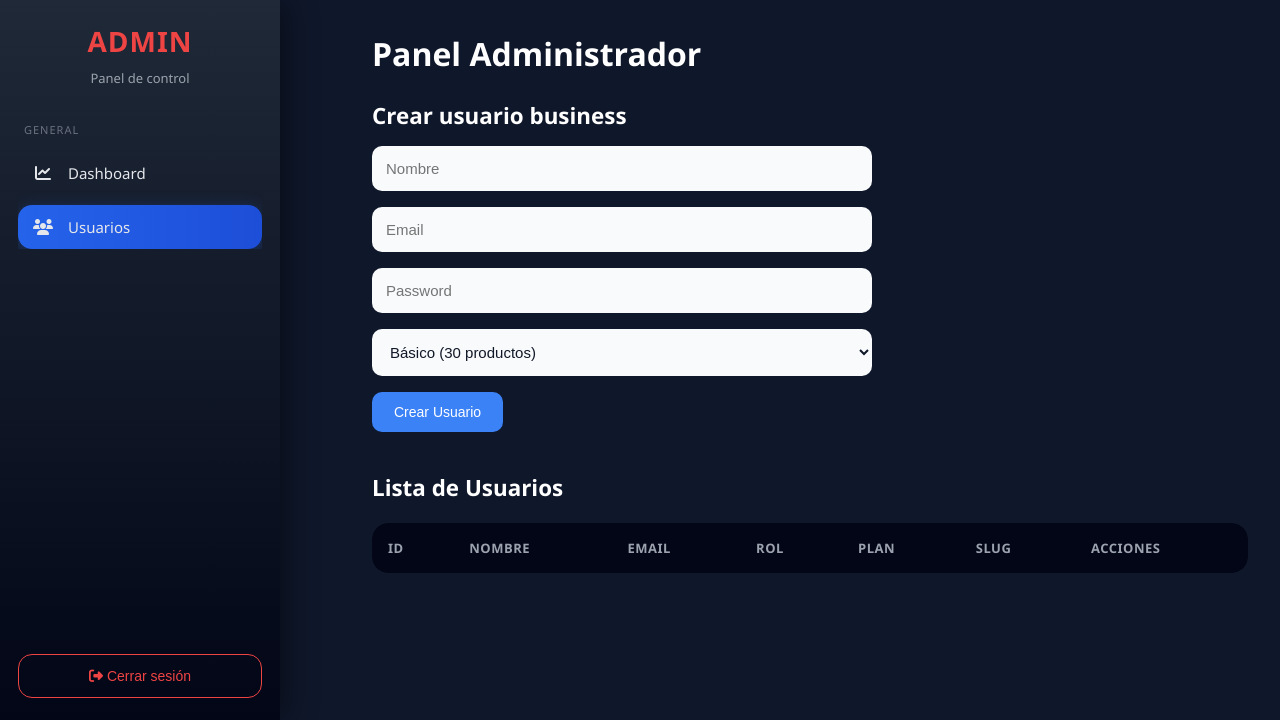
Repository: BrianCarringtom/menuqr
Page: http://localhost/admin/users
The author's editor kept a copy of each file at every save. The page is drawn from the files as they stood at one save, then again after the next save.
The browser window is 1280 px wide. The pictures show the whole page.
The page is served by the project's Laravel application, run on PHP 8.4 with Laravel 12. A made-up administrator, Test User (test@example.com), is signed in. Other server files are loaded and not shown. Queries for data that is not in the repository find no rows.

Above is the page before, as saved 2026-06-02 22:41:56.

### routes/web.php
<?php

use Illuminate\Support\Facades\Route;
use Illuminate\Support\Facades\Auth;
use SimpleSoftwareIO\QrCode\Facades\QrCode;
use Illuminate\Support\Facades\Storage;
use App\Models\User;
use Illuminate\Http\Request;
use Illuminate\Support\Str;
use App\Models\Category;
use App\Models\Product;

// Página pública
Route::get('/', function () {
    return view('welcome');
});

// 🔥 REDIRECCIÓN INTELIGENTE (CLAVE)
Route::get('/dashboard', function () {

    if (!Auth::check()) {
        return redirect('/login');
    }

    if (Auth::user()->role === 'admin') {
        return redirect('/admin');
    }

    return redirect('/business');
})->middleware('auth');


// PANEL ADMIN
// Dashboard
Route::get('/admin', function () {

    if (Auth::user()->role !== 'admin') {
        abort(403);
    }

    return view('admin.dashboard');
})->middleware('auth');


// Usuarios
Route::get('/admin/users', function () {

    if (Auth::user()->role !== 'admin') {
        abort(403);
    }

    $users = User::all();

    return view('admin.users', compact('users'));
})->middleware('auth');

// CREAR USUARIOS (solo admin)
Route::post('/admin/create-user', function (Request $request) {

    if (Auth::user()->role !== 'admin') {
        abort(403);
    }

    // Generar slug único
    $slugBase = Str::slug($request->name);
    $slug = $slugBase;
    $counter = 1;
    while (User::where('slug', $slug)->exists()) {
        $slug = $slugBase . '-' . $counter++;
    }

    // Crear usuario
    $user = User::create([
        'name' => $request->name,
        'email' => $request->email,
        'password' => bcrypt($request->password),
        'role' => 'business',
        'slug' => $slug,
        'plan' => $request->plan,
    ]);

    // 🔹 GENERAR QR en SVG
    $qrSvg = QrCode::format('svg')->size(1500)->generate(url($slug));
    $qrPath = 'qrcodes/' . $user->id . '.svg';
    Storage::disk('public')->put($qrPath, $qrSvg);

    // Guardar ruta QR en usuario
    $user->qr_path = $qrPath;
    $user->save();

    return back()->with('success', 'Usuario creado con slug: ' . $slug);
})->middleware('auth');

// EDITAR (mostrar datos)
Route::get('/admin/users/{id}/edit', function ($id) {
    if (Auth::user()->role !== 'admin') {
        abort(403);
    }

    $user = User::findOrFail($id);
    return view('admin.edit-user', compact('user'));
})->middleware('auth')->name('users.edit');


// ACTUALIZAR
Route::put('/admin/users/{id}', function (Request $request, $id) {
    if (Auth::user()->role !== 'admin') {
        abort(403);
    }

    $user = User::findOrFail($id);

    $user->update([
        'name' => $request->name,
        'email' => $request->email,
        'role' => $request->role,
        'plan' => $request->plan,
    ]);

    return redirect('/admin/users')->with('success', 'Usuario actualizado correctamente');
})->middleware('auth')->name('users.update');


// ELIMINAR
Route::delete('/admin/users/{id}', function ($id) {
    if (Auth::user()->role !== 'admin') {
        abort(403);
    }

    $user = User::findOrFail($id);
    $user->delete();

    return back()->with('success', 'Usuario eliminado correctamente');
})->middleware('auth')->name('users.destroy');

Route::put('/admin/users/{id}/toggle', function ($id) {

    $user = User::findOrFail($id);

    // 🔥 lo invierte solo (true → false, false → true)
    $user->is_active = !$user->is_active;
    $user->save();

    return back();
})->name('users.toggle')->middleware('auth');


// PANEL BUSINESS
Route::get('/business', function () {

    if (Auth::user()->role !== 'business') {
        abort(403);
    }

    return view('business.dashboard');
})->middleware('auth');

Route::get('/business/profile', function () {

    if (Auth::user()->role !== 'business') {
        abort(403);
    }

    return view('business.profile');
})->middleware('auth');

Route::get('/business/producto', function () {

    if (Auth::user()->role !== 'business') {
        abort(403);
    }

    return view('business.producto');
})->middleware('auth');

Route::post('/business/profile/image', function (Request $request) {

    if (!Auth::check()) {
        abort(403);
    }

    $request->validate([
        'image' => 'required|image|mimes:jpg,jpeg,png|max:2048'
    ]);

    /** @var \App\Models\User $user */
    $user = Auth::user();

    if ($request->hasFile('image')) {

        $path = $request->file('image')->store('profiles', 'public');

        $user->image = $path;
        $user->save(); // 🔥 ya no marca error visual
    }

    return back()->with('success', 'Imagen actualizada');
})->middleware('auth');

Route::get('/business/gestion', function () {

    if (Auth::user()->role !== 'business') {
        abort(403);
    }

    return view('business.gestion'); // o cambia también la vista si quieres
})->middleware('auth');

Route::post('/business/info', function (Request $request) {

    /** @var \App\Models\User $user */
    $user = Auth::user();

    $user->update([

        'whatsapp' => $request->whatsapp,

        'map_url' => $request->map_url,

        'schedule' => $request->schedule,

    ]);

    return back()->with('success', 'Información actualizada');
})->middleware('auth');

// GUARDAR CATEGORIA
Route::post('/business/category', function (Request $request) {

    if (!Auth::check()) {
        abort(403);
    }

    // VALIDAR
    $request->validate([
        'category' => 'required|string|max:255',
        'image' => 'required|image|mimes:jpg,jpeg,png,webp|max:2048'
    ]);

    // GUARDAR IMAGEN
    $path = $request->file('image')
        ->store('categories', 'public');

    // CREAR CATEGORÍA
    Category::create([
        'name' => $request->category,
        'image' => $path,
        'user_id' => Auth::id()
    ]);

    return back()->with('success', 'Categoría creada');
})->middleware('auth');

Route::delete('/business/category/{id}', function ($id) {

    $category = Category::where('id', $id)
        ->where('user_id', Auth::id())
        ->firstOrFail();

    $category->delete();

    return back()->with('success', 'Categoría eliminada');
})->middleware('auth')->name('categories.destroy');

Route::get('/business/category/edit/{id}', function ($id) {

    $category = Category::where('id', $id)
        ->where('user_id', Auth::id())
        ->firstOrFail();

    return view('edit-category', compact('category'));
})->middleware('auth')->name('categories.edit');

Route::put('/business/category/{id}', function (Request $request, $id) {

    $request->validate([
        'name' => 'required|string|max:255'
    ]);

    $category = Category::where('id', $id)
        ->where('user_id', Auth::id())
        ->firstOrFail();

    $category->update([
        'name' => $request->name
    ]);

    return redirect('/business/gestion')->with('success', 'Categoría actualizada');
})->middleware('auth')->name('categories.update');

// GUARDAR PRODUCTO
Route::post('/business/product', function (Request $request) {

    if (!Auth::check()) {
        abort(403);
    }

    $user = Auth::user();

    $totalProductos = Product::where(
        'user_id',
        $user->id
    )->count();

    if (
        $user->plan === 'basico'
        && $totalProductos >= 30
    ) {
        return back()->with(
            'error',
            '📦 Has alcanzado el límite de 30 productos. 🚀 ¡Actualiza tu plan!'
        );
    }

    if (
        $user->plan === 'emprendedor'
        && $totalProductos >= 80
    ) {
        return back()->with(
            'error',
            '📦 Has alcanzado el límite de 80 productos. 🚀 ¡Actualiza tu plan!'
        );
    }

    $request->validate([
        'name' => 'required|string|max:255',
        'price' => 'required|numeric',
        'description' => 'required|string',
        'category' => 'required|exists:categories,id'
    ]);

    Product::create([
        'name' => $request->name,
        'price' => $request->price,
        'description' => $request->description,
        'category_id' => $request->category,
        'user_id' => Auth::id() // 🔥 FIX AQUÍ
    ]);

    return back()->with('success', 'Producto agregado');
})->middleware('auth');

Route::delete('/business/product/{id}', function ($id) {

    $product = Product::where('id', $id)
        ->where('user_id', Auth::id())
        ->firstOrFail();

    $product->delete();

    return back()->with('success', 'Producto eliminado');
})->middleware('auth')->name('products.destroy');

Route::get('/business/product/edit/{id}', function ($id) {

    $product = Product::where('id', $id)
        ->where('user_id', Auth::id())
        ->firstOrFail();

    $categories = Category::where('user_id', Auth::id())->get();

    return view('edit-product', compact('product', 'categories'));
})->middleware('auth')->name('products.edit');

Route::put('/business/product/{id}', function (Request $request, $id) {

    $request->validate([
        'name' => 'required',
        'price' => 'required|numeric',
        'description' => 'required',
        'category' => 'required|exists:categories,id'
    ]);

    $product = Product::where('id', $id)
        ->where('user_id', Auth::id())
        ->firstOrFail();

    $product->update([
        'name' => $request->name,
        'price' => $request->price,
        'description' => $request->description,
        'category_id' => $request->category
    ]);

    return redirect('/business/gestion')->with('success', 'Producto actualizado');
})->middleware('auth')->name('products.update');

// 🔥 PERFIL PÚBLICO POR SLUG (SIEMPRE AL FINAL)
Route::get('/{slug}', function ($slug) {

    $user = User::where('slug', $slug)
        ->with('categories.products')
        ->firstOrFail();

    // 🚫 BLOQUEAR ACCESO AL SLUG
    if (!$user->is_active) {
        abort(403, 'Este perfil está bloqueado');
    }

    return view('business.show', compact('user'));
})->where('slug', '^(?!admin|business|login|register|dashboard|api|logout).*$');

// 🔥 IMPORTANTE
require __DIR__ . '/auth.php';

### app/Models/User.php
<?php

namespace App\Models;

use Database\Factories\UserFactory;
use Illuminate\Database\Eloquent\Factories\HasFactory;
use Illuminate\Foundation\Auth\User as Authenticatable;
use Illuminate\Notifications\Notifiable;

class User extends Authenticatable
{
    /** @use HasFactory<UserFactory> */
    use HasFactory, Notifiable;

    /**
     * The attributes that are mass assignable.
     *
     * @var list<string>
     */
    protected $fillable = [
        'name',
        'email',
        'password',
        'role',   // <-- agregar
        'slug',   // <-- agregar
        'whatsapp',
        'address',
        'map_url',
        'schedule',
        'plan',
    ];

    /**
     * The attributes that should be hidden for serialization.
     *
     * @var list<string>
     */
    protected $hidden = [
        'password',
        'remember_token',
    ];

    public function categories()
    {
        return $this->hasMany(Category::class);
    }

    public function products()
    {
        return $this->hasMany(Product::class);
    }
    /**
     * Get the attributes that should be cast.
     *
     * @return array<string, string>
     */
    protected function casts(): array
    {
        return [
            'email_verified_at' => 'datetime',
            'password' => 'hashed',
        ];
    }
}

### resources/views/admin/users.blade.php
@extends('admin.layout', ['page' => 'users'])

@section('content')
    <style>
        /* 🔥 CONTENEDOR RESPONSIVE */
        .users-container {
            width: 100%;
            overflow-x: hidden;
        }

        /* 🔥 FORMULARIO */
        .create-user-form {
            width: 100%;
            max-width: 500px;
            margin-bottom: 40px;
        }

        .create-user-form input {
            width: 100%;
        }

        /* 🔥 TABLA RESPONSIVE */
        .table-wrapper {
            width: 100%;
            overflow-x: auto;
            overflow-y: hidden;
            border-radius: 16px;
            -webkit-overflow-scrolling: touch;
            margin-top: 20px;
            background: #1f2937;
        }

        .table-wrapper::-webkit-scrollbar {
            height: 8px;
        }

        .table-wrapper::-webkit-scrollbar-thumb {
            background: #475569;
            border-radius: 20px;
        }

        .custom-table {
            width: 100%;
            min-width: 850px;
            border-collapse: collapse;
        }

        /* 🔥 CELDAS */
        .custom-table th,
        .custom-table td {
            white-space: nowrap;
        }

        /* 🔥 TITULOS */
        .page-title {
            font-size: 2rem;
            margin-bottom: 10px;
        }

        .section-title {
            margin: 25px 0 15px;
            font-size: 1.4rem;
        }

        /* 🔥 BOTONES */
        .actions {
            display: flex;
            gap: 8px;
            flex-wrap: nowrap;
        }

        .btn {
            white-space: nowrap;
        }

        /* 🔥 MODAL */
        .modal-content {
            width: 95%;
            max-width: 420px;
        }

        .modal-content form div {
            display: flex;
            gap: 10px;
            flex-wrap: wrap;
        }

        .modal-content form div button {
            flex: 1;
            min-width: 120px;
        }

        /* 🔥 RESPONSIVE */
        @media screen and (max-width: 768px) {

            .page-title {
                font-size: 1.7rem;
            }

            .section-title {
                font-size: 1.2rem;
            }

            .custom-table th,
            .custom-table td {
                padding: 14px 16px;
                font-size: 14px;
            }

            .btn {
                font-size: 13px;
                padding: 8px 12px;
            }

            .actions {
                gap: 6px;
            }
        }

        @media screen and (max-width: 480px) {

            .page-title {
                font-size: 1.5rem;
            }

            .section-title {
                font-size: 1.1rem;
            }

            .custom-table {
                min-width: 900px;
            }

            .custom-table th,
            .custom-table td {
                font-size: 13px;
            }

            .btn {
                font-size: 12px;
                padding: 7px 10px;
            }
        }
    </style>

    <div class="users-container">

        <h1 class="page-title">
            Panel Administrador
        </h1>

        @if (session('success'))
            <p class="success-message">
                {{ session('success') }}
            </p>
        @endif

        <!-- 🔥 CREAR USUARIO -->
        <h3 class="section-title">
            Crear usuario business
        </h3>

        <form method="POST" action="/admin/create-user" class="create-user-form">

            @csrf

            <input name="name" placeholder="Nombre" required>

            <input name="email" placeholder="Email" required>

            <input type="password" name="password" placeholder="Password" required>

            <select name="plan" required>

                <option value="basico">
                    Básico (30 productos)
                </option>

                <option value="emprendedor">
                    Emprendedor (80 productos)
                </option>

                <option value="premium">
                    Premium (Ilimitado)
                </option>

            </select>

            <button>
                Crear Usuario
            </button>

        </form>

        <!-- 🔥 TABLA -->
        <h3 class="section-title">
            Lista de Usuarios
        </h3>

        <div class="table-wrapper">

            <table class="custom-table">

                <thead>
                    <tr>
                        <th>ID</th>
                        <th>Nombre</th>
                        <th>Email</th>
                        <th>Rol</th>
                        <th>Plan</th>
                        <th>Slug</th>
                        <th>Acciones</th>
                    </tr>
                </thead>

                <tbody>

                    @foreach ($users as $user)
                        <tr>

                            <td>
                                {{ $user->id }}
                            </td>

                            <td>
                                {{ $user->name }}
                            </td>

                            <td>
                                {{ $user->email }}
                            </td>

                            <td class="text-capitalize">
                                {{ $user->role }}
                            </td>

                            <td>

                                @if ($user->plan == 'basico')
                                    Básico
                                @elseif($user->plan == 'emprendedor')
                                    Emprendedor
                                @else
                                    Premium
                                @endif

                            </td>

                            <td>
                                <a href="/{{ $user->slug }}" target="_blank" class="link-slug">

                                    {{ $user->slug }}

                                </a>
                            </td>

                            <td>

                                <div class="actions">

                                    <!-- EDITAR -->
                                    <button
                                        onclick="openEditModal(
    {{ $user->id }},
    '{{ $user->name }}',
    '{{ $user->email }}',
    '{{ $user->role }}',
    '{{ $user->plan }}'
)"
                                        class="btn btn-edit">

                                        Editar

                                    </button>

                                    <!-- ELIMINAR -->
                                    <form action="{{ route('users.destroy', $user->id) }}" method="POST"
                                        onsubmit="return confirm('¿Eliminar usuario?')">

                                        @csrf
                                        @method('DELETE')

                                        <button type="submit" class="btn btn-delete">

                                            Eliminar

                                        </button>

                                    </form>

                                    <!-- BLOQUEAR -->
                                    <form action="{{ route('users.toggle', $user->id) }}" method="POST">

                                        @csrf
                                        @method('PUT')

                                        <button type="submit"
                                            class="btn {{ $user->is_active ? 'btn-warning' : 'btn-success' }}">

                                            {{ $user->is_active ? 'Bloquear' : 'Desbloquear' }}

                                        </button>

                                    </form>

                                </div>

                            </td>

                        </tr>
                    @endforeach

                </tbody>

            </table>

        </div>

    </div>

    <!-- 🔥 MODAL -->
    <div id="editModal" class="modal">

        <div class="modal-content">

            <h3 style="margin-bottom:20px;">
                Editar Usuario
            </h3>

            <form id="editForm" method="POST">

                @csrf
                @method('PUT')

                <input type="text" name="name" id="editName" placeholder="Nombre" required>

                <input type="email" name="email" id="editEmail" placeholder="Email" required>

                <select name="role" id="editRole">

                    <option value="admin">
                        Admin
                    </option>

                    <option value="business">
                        Business
                    </option>

                </select>

                <select name="plan" id="editPlan">

                    <option value="basico">
                        Básico
                    </option>

                    <option value="emprendedor">
                        Emprendedor
                    </option>

                    <option value="premium">
                        Premium
                    </option>

                </select>

                <div style="margin-top:20px;">

                    <button type="submit" class="btn btn-edit">

                        Actualizar

                    </button>

                    <button type="button" class="btn btn-delete" onclick="closeModal()">

                        Cancelar

                    </button>

                </div>

            </form>

        </div>

    </div>

    <!-- 🔥 SCRIPT -->
    <script>
        function openEditModal(id, name, email, role, plan) {

            document.getElementById('editModal').style.display = 'flex';

            document.getElementById('editName').value = name;
            document.getElementById('editEmail').value = email;
            document.getElementById('editRole').value = role;
            document.getElementById('editPlan').value = plan;

            document.getElementById('editForm').action =
                `/admin/users/${id}`;

        }

        function closeModal() {

            document.getElementById('editModal').style.display = 'none';

        }

        // 🔥 CERRAR MODAL
        window.onclick = function(e) {

            let modal =
                document.getElementById('editModal');

            if (e.target === modal) {

                modal.style.display = "none";

            }

        }
    </script>

    <!-- 🔥 GUARDAR SCROLL -->
    <script>
        document.querySelectorAll("form").forEach(form => {

            form.addEventListener("submit", () => {

                localStorage.setItem(
                    "scrollY",
                    window.scrollY
                );

            });

        });

        window.addEventListener("load", () => {

            const scrollY =
                localStorage.getItem("scrollY");

            if (scrollY !== null) {

                window.scrollTo(
                    0,
                    parseInt(scrollY)
                );

                localStorage.removeItem("scrollY");

            }

        });
    </script>
@endsection

Loaded but not shown: app/Http/Controllers/Auth/EmailVerificationPromptController.php (common file); app/Http/Controllers/Controller.php (common file); app/Http/Controllers/Auth/VerifyEmailController.php (common file); resources/views/admin/layout.blade.php (659 lines, source omitted); routes/auth.php (96 lines, source omitted)

After the next save:
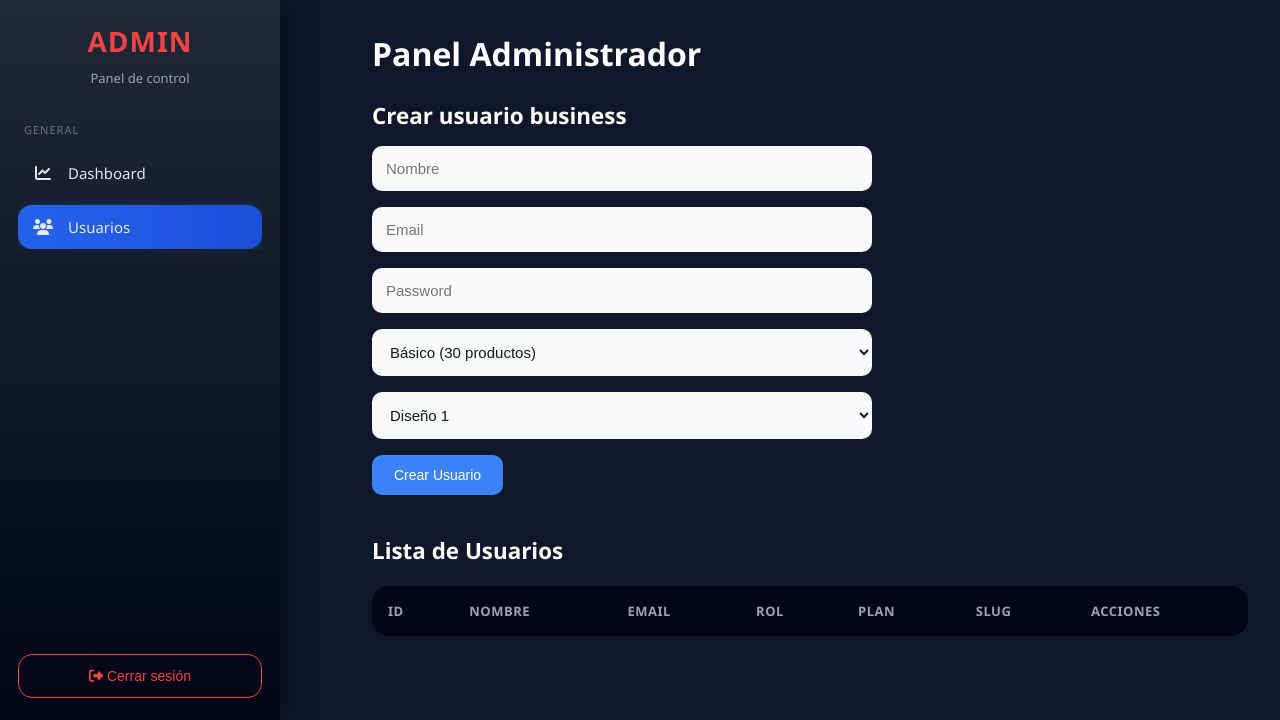
Saved 34 s later.
--- a/resources/views/admin/users.blade.php
+++ b/resources/views/admin/users.blade.php
@@ -182,6 +182,26 @@
 
                 <option value="premium">
                     Premium (Ilimitado)
+                </option>
+
+            </select>
+
+            <select name="theme" required>
+
+                <option value="show">
+                    Diseño 1
+                </option>
+
+                <option value="show2">
+                    Diseño 2
+                </option>
+
+                <option value="show3">
+                    Diseño 3
+                </option>
+
+                <option value="show4">
+                    Diseño 4
                 </option>
 
             </select>
